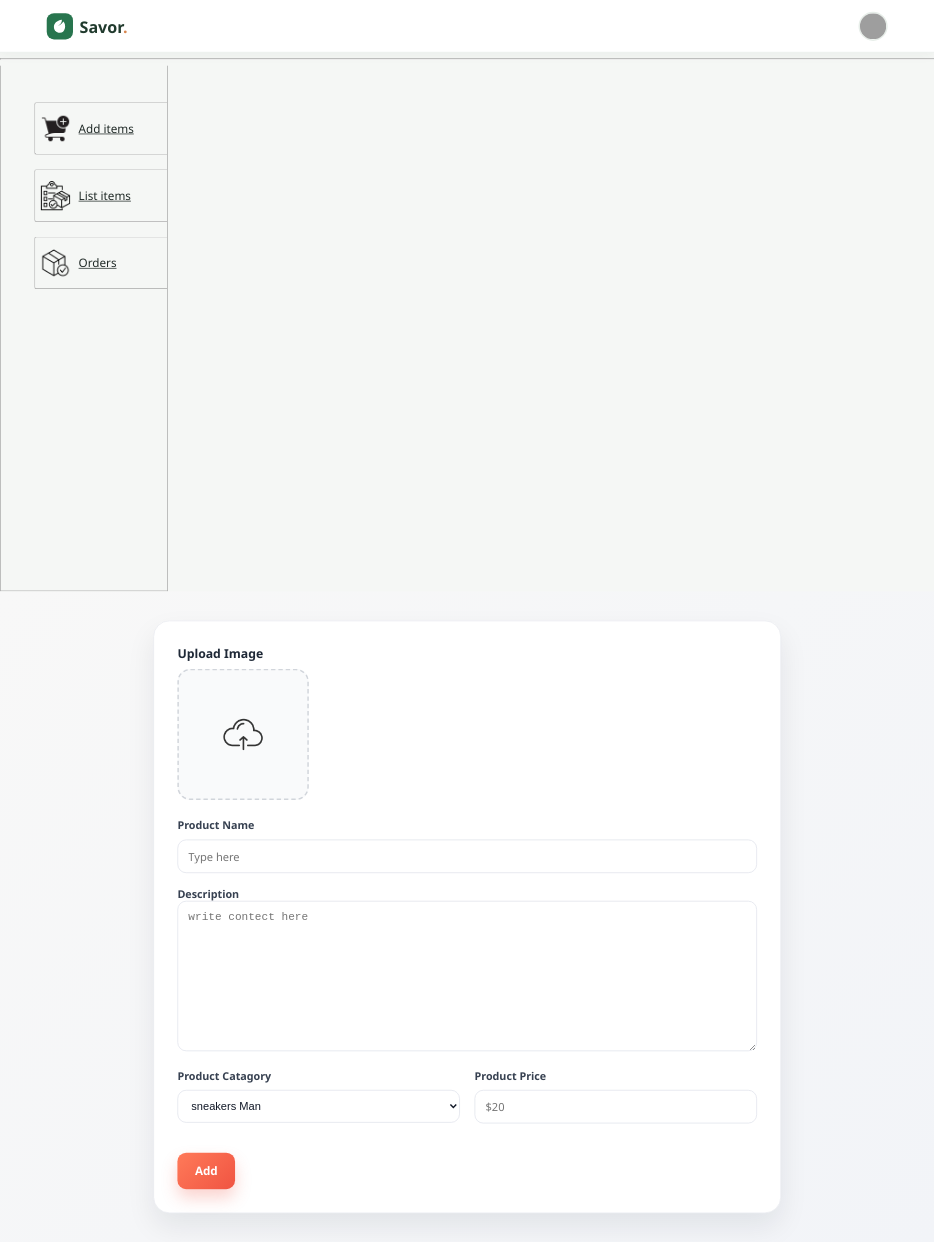
Repository: prince44991/Ecommerce-Project-Full-Stack
Page: /Additem (app in admin/my-react-app/)
These files come from the project's save history. The page is drawn as it stood at one moment and after the next save; the edit follows.
The browser window is 1280 px wide. The pictures show the whole page, at 73% of full size.
Pictures or frames that could not be fetched are drawn as grey boxes. The project was rebuilt for these pictures with package versions that can differ from the ones it lists, and the page was loaded fresh each time. Also part of the build but not shown: admin/my-react-app/vite.config.js, admin/my-react-app/src/pages/Order/Order.jsx, admin/my-react-app/src/pages/List/List.jsx.

Above is the page before, as saved 2026-09-29 21:17:12.

### admin/my-react-app/index.html
<!doctype html>
<html lang="en">
  <head>
    <meta charset="UTF-8" />
    <link rel="icon" type="image/svg+xml" href="/favicon.svg" />
    <meta name="viewport" content="width=device-width, initial-scale=1.0" />
    <title>my-react-app</title>
  </head>
  <body>
    <div id="root"></div>
    <script type="module" src="/src/main.jsx"></script>
  </body>
</html>

### admin/my-react-app/src/index.css
:root {
  font-family: 'DM Sans', 'Segoe UI', sans-serif;
  font-synthesis: none;
  text-rendering: optimizeLegibility;
  -webkit-font-smoothing: antialiased;
  -moz-osx-font-smoothing: grayscale;
  font-optical-sizing: auto;
  font-weight: 400;
  color: #202a27;
  background: #f5f7f5;
}

* {
  box-sizing: border-box;
}

body {
  min-width: 320px;
  min-height: 100vh;
  margin: 0;
}

button,
input {
  font: inherit;
}

a {
  color: inherit;
}

### admin/my-react-app/src/App.jsx
import Navbar from './components/Navbar/Navbar.jsx'
import Sliderbar from './components/Sliderbar/Sliderbar.jsx'
import { BrowserRouter, Route, Routes } from "react-router-dom"
import Add from './pages/Add/Add.jsx'
import Order from './pages/Order/Order.jsx'
import List from './pages/List/List.jsx'
function App() {
  return (
    <>
    <BrowserRouter>
    <Navbar />
    <hr/>
    <Sliderbar/>
    <Routes>
      <Route path='/Additem' element={<Add/>} />
      <Route path='/Listitem' element={<List/>} />
      <Route path='/Orders' element={<Order/>} />
    </Routes>
    </BrowserRouter>
    </>
  )
}

export default App

### admin/my-react-app/src/components/Navbar/Navbar.jsx
import React from 'react'
import './Navbar.css'

const Navbar = () => {
  return (
    <header className="navbar">
      <a className="navbar__brand" href="#dashboard" aria-label="Savor admin dashboard">
        <span className="navbar__logo" aria-hidden="true">
          <svg viewBox="0 0 32 32" fill="none">
            <path d="M16 27c-6.2 0-10-4.2-10-9.7C6 11.6 10.5 6 19.5 5c-.2 5.6-2.7 8.3-6.8 10.2 3.4-1.1 7-3.7 9.2-7.4C27.7 14 24.8 27 16 27Z" fill="currentColor" />
            <path d="M9 23c3.2-4.2 6.1-6.3 10.8-8.4" stroke="white" strokeWidth="1.8" strokeLinecap="round" />
          </svg>
        </span>
        <span className="navbar__name">Savor<span>.</span></span>
      </a>

      <img
        className="navbar__avatar"
        src="https://images.unsplash.com/photo-1534528741775-53994a69daeb?auto=format&fit=crop&w=128&h=128&q=80"
        alt="Admin profile"
      />
    </header>
  )
}

export default Navbar

### admin/my-react-app/src/components/Sliderbar/Sliderbar.jsx
import React from 'react'
import './Sliderbar.css'
import item from '../../assets/add-to-cart.png';
import list from '../../assets/list-items.png';
import order from '../../assets/package.png';
import { NavLink } from 'react-router-dom';
const Sliderbar = () => {
  return (
    <div>
    <div className="sidebar">
        <div className="sidbar-options">
            <div className="sidbar-option">
                <img src={item} alt="" />
                <NavLink to="/Additem"><p className='par'>Add items</p></NavLink>
            </div>
            <div className="sidbar-option">
                <img src={list} alt="" />
                <NavLink to="/Listitem"><p className='par'>List items</p></NavLink>
            </div>
            <div className="sidbar-option">
                <img src={order} alt="" />
                <NavLink to="/Orders"><p className='par'>Orders</p></NavLink>
            </div>
        </div>
    </div>
    </div>
  )
}

export default Sliderbar

### admin/my-react-app/src/pages/Add/Add.jsx
/** @format */

import React from "react";
import cloud from "../../assets/cloud-computing.png";
import "./Add.css";
const Add = () => {
  return (
    <div className="add">
      <form>
        <div className="add-img-upload flex-col mt-4">
          <h4>Upload Image</h4>
          <label htmlFor="image">
            <img src={cloud} />
          </label>
          <input type="file" id="image" hidden required />
        </div>
        <div className="add-product-name flex-col">
          <p>product name</p>
          <input type="text" name="name" placeholder="Type here" id="image" />
        </div>
        <div className="add-product-description">
          <p>description</p>
          <textarea
            name="description"
            rows="10"
            cols="30"
            placeholder="write contect here"
          ></textarea>
        </div>
        <div className="add-catagory-price">
          <div className="add-catagory flex-col">
            <p>Product catagory</p>
            <select name="catagory">
              <option value="sneakers Man">sneakers Man</option>
              <option value="Loafers">Loafers</option>
              <option value="Sports & Athletic Shoes">
                Sports & Athletic Shoes
              </option>
              <option value="Oxfords">Oxfords</option>
              <option value="Chelsea Boots">Chelsea Boots</option>
              <option value="Flats / Ballerinas">Flats / Ballerinas</option>
              <option value="Heels">Heels</option>
              {/* <option value="Chelsea Boots"></option> */}
            </select>
          </div>

          <div className="add-price flex-col">
            <p>product price</p>
            <input type="number" name="price" placeholder="$20" />
          </div>
        </div>
        <button>Add</button>
      </form>
    </div>
  );
};

export default Add;

### admin/my-react-app/src/components/Navbar/Navbar.css
.navbar {
	display: flex;
	width: 100%;
	min-height: 72px;
	align-items: center;
	justify-content: space-between;
	gap: 24px;
	padding: 0 clamp(18px, 5vw, 64px);
	border-bottom: 1px solid #e8eeea;
	background: #fff;
	box-shadow: 0 3px 14px rgb(30 59 43 / 5%);
}

.navbar__brand {
	display: inline-flex;
	flex: 0 0 auto;
	align-items: center;
	gap: 9px;
	color: #203a2d;
	text-decoration: none;
}

.navbar__logo {
	display: grid;
	width: 36px;
	height: 36px;
	place-items: center;
	border-radius: 10px;
	color: #fff;
	background: #28754e;
}

.navbar__logo svg {
	width: 26px;
	height: 26px;
}

.navbar__name {
	font-size: 22px;
	font-weight: 700;
}

.navbar__name span {
	color: #d98750;
}

.navbar__avatar {
	width: 40px;
	height: 40px;
	flex: 0 0 auto;
	border: 2px solid #e7eee9;
	border-radius: 50%;
	object-fit: cover;
	object-position: center 38%;
}

.navbar__brand:focus-visible {
	outline: 2px solid #28754e;
	outline-offset: 4px;
}

@media (max-width: 560px) {
	.navbar {
		min-height: 64px;
		gap: 18px;
		padding: 0 18px;
	}
}

### admin/my-react-app/src/components/Sliderbar/Sliderbar.css
img{
    width: 40px;
}

.sidebar{
    width: 18%;
     min-height: 100vh;
    border: 1.5px solid #a9a9a9;
    border-top: 0;
}
.sidbar-options{
    padding-top: 50px;
    padding-left: 20%;
    display: flex;
    flex-direction: column;
    gap: 20px;
}
.sidbar-option{
    display: flex;
     align-items: center;
    gap: 12px;
    border: 1px solid #a9a9a9;
    border-right: 0;
    padding: 8px;
    border-radius: 3px 0px 0px 3px;
    cursor: pointer;
     /* text-decoration: none; */
}
.par{
    text-decoration: none;
}

### admin/my-react-app/src/pages/Add/Add.css
.add {
  display: flex;
  justify-content: center;
  align-items: flex-start;
  padding: 40px 20px;
  background: linear-gradient(135deg, #f8f8f8 0%, #f2f4f8 100%);
  min-height: calc(100vh - 80px);
}

.add form {
  width: min(860px, 100%);
  background: #ffffff;
  border: 1px solid #e9ebf0;
  border-radius: 22px;
  padding: 32px;
  box-shadow: 0 18px 40px rgba(17, 24, 39, 0.08);
}

.flex-col {
  display: flex;
  flex-direction: column;
  gap: 10px;
}

.add-img-upload {
  margin-bottom: 24px;
}

.add-img-upload h4 {
  margin: 0;
  font-size: 1.05rem;
  font-weight: 700;
  color: #1f2937;
}

.add-img-upload label {
  width: 180px;
  height: 180px;
  border: 2px dashed #d1d5db;
  border-radius: 18px;
  background: #f9fafb;
  display: flex;
  justify-content: center;
  align-items: center;
  cursor: pointer;
  transition: all 0.25s ease;
}

.add-img-upload label:hover {
  border-color: #ff7a59;
  background: #fff4f1;
}

.add-img-upload img {
  width: 54px;
  height: 54px;
  object-fit: contain;
  opacity: 0.8;
}

.add-product-name,
.add-product-description,
.add-catagory,
.add-price {
  margin-bottom: 18px;
}

.add-product-name p,
.add-product-description p,
.add-catagory p,
.add-price p {
  margin: 0;
  font-size: 0.92rem;
  font-weight: 600;
  text-transform: capitalize;
  color: #374151;
}

.add input,
.add textarea,
.add select {
  width: 100%;
  border: 1px solid #dfe3ea;
  border-radius: 12px;
  padding: 12px 14px;
  background: #ffffff;
  color: #111827;
  font-size: 0.95rem;
  transition: border 0.2s ease, box-shadow 0.2s ease;
}

.add input:focus,
.add textarea:focus,
.add select:focus {
  outline: none;
  border-color: #ff855a;
  box-shadow: 0 0 0 4px rgba(255, 133, 90, 0.12);
}

.add textarea {
  min-height: 140px;
  resize: vertical;
}

.add-catagory-price {
  display: grid;
  grid-template-columns: repeat(2, minmax(220px, 1fr));
  gap: 20px;
  margin-bottom: 22px;
}

.add button {
  border: none;
  border-radius: 12px;
  background: linear-gradient(135deg, #ff7a59 0%, #f05442 100%);
  color: #fff;
  font-size: 1rem;
  font-weight: 700;
  padding: 14px 24px;
  cursor: pointer;
  transition: transform 0.2s ease, box-shadow 0.2s ease;
  box-shadow: 0 12px 22px rgba(240, 84, 66, 0.25);
}

.add button:hover {
  transform: translateY(-1px);
  box-shadow: 0 16px 28px rgba(240, 84, 66, 0.28);
}

@media (max-width: 640px) {
  .add {
    padding: 20px 14px;
  }

  .add form {
    padding: 20px 16px;
    border-radius: 16px;
  }

  .add-catagory-price {
    grid-template-columns: 1fr;
    gap: 14px;
  }

  .add-img-upload label {
    width: 100%;
    max-width: 210px;
    height: 150px;
  }
}

Loaded but not shown: admin/my-react-app/src/main.jsx (common file)

After the next save:
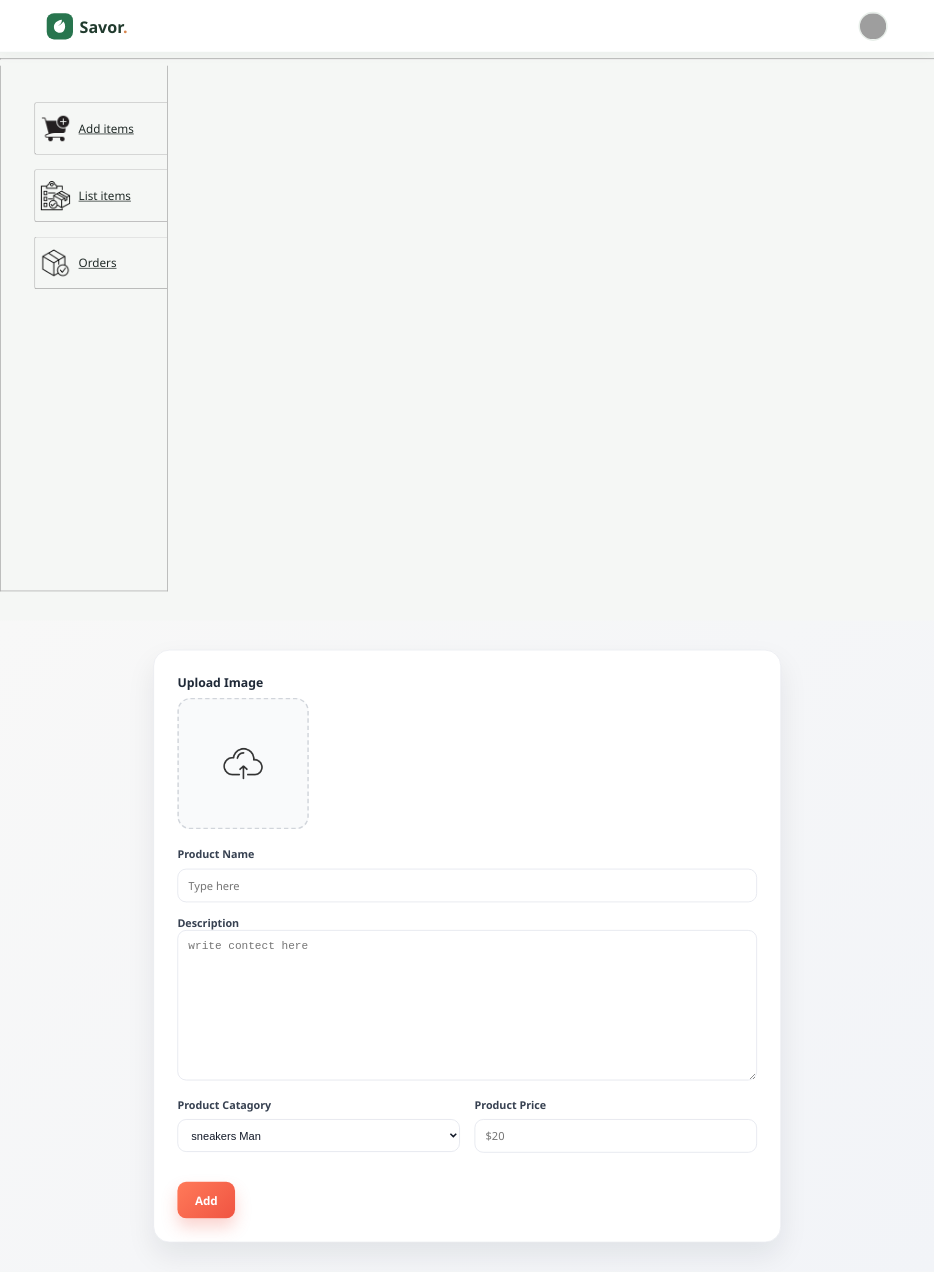
Saved 26 s later.
--- a/admin/my-react-app/src/pages/Add/Add.css
+++ b/admin/my-react-app/src/pages/Add/Add.css
@@ -5,6 +5,7 @@
   padding: 40px 20px;
   background: linear-gradient(135deg, #f8f8f8 0%, #f2f4f8 100%);
   min-height: calc(100vh - 80px);
+  margin-top: 40px;
 }
 
 .add form {
